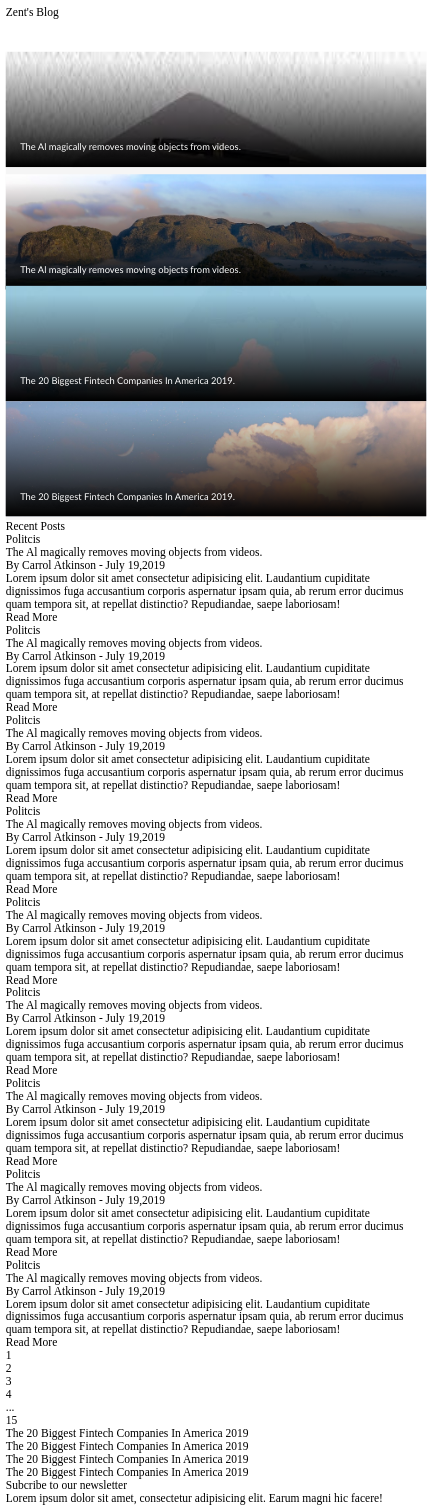
Repository: giacatdat2k5/html3
Page: html3.vs/7.1.html
These files come from the project's save history. The page is drawn as it stood at one moment and after the next save; the edit follows.
The browser window is 600 px wide. The pictures show the whole page, at 72% of full size.

Above is the page before, as saved 2023-09-27 21:11:14.

After the next save:
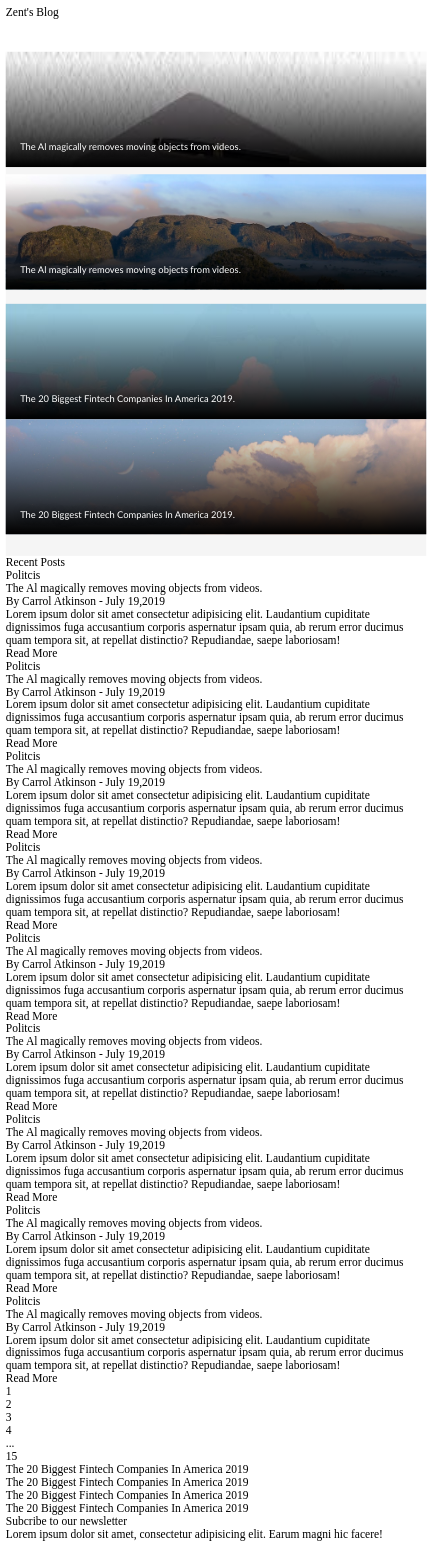
Saved 15 s later.
--- a/html3.vs/7.1.css
+++ b/html3.vs/7.1.css
@@ -387,7 +387,7 @@
     }
     #content{
         width: 100%;
-        height: 650px;
+        height: 700px;
         background-color:whitesmoke;
         display: block;
     }
